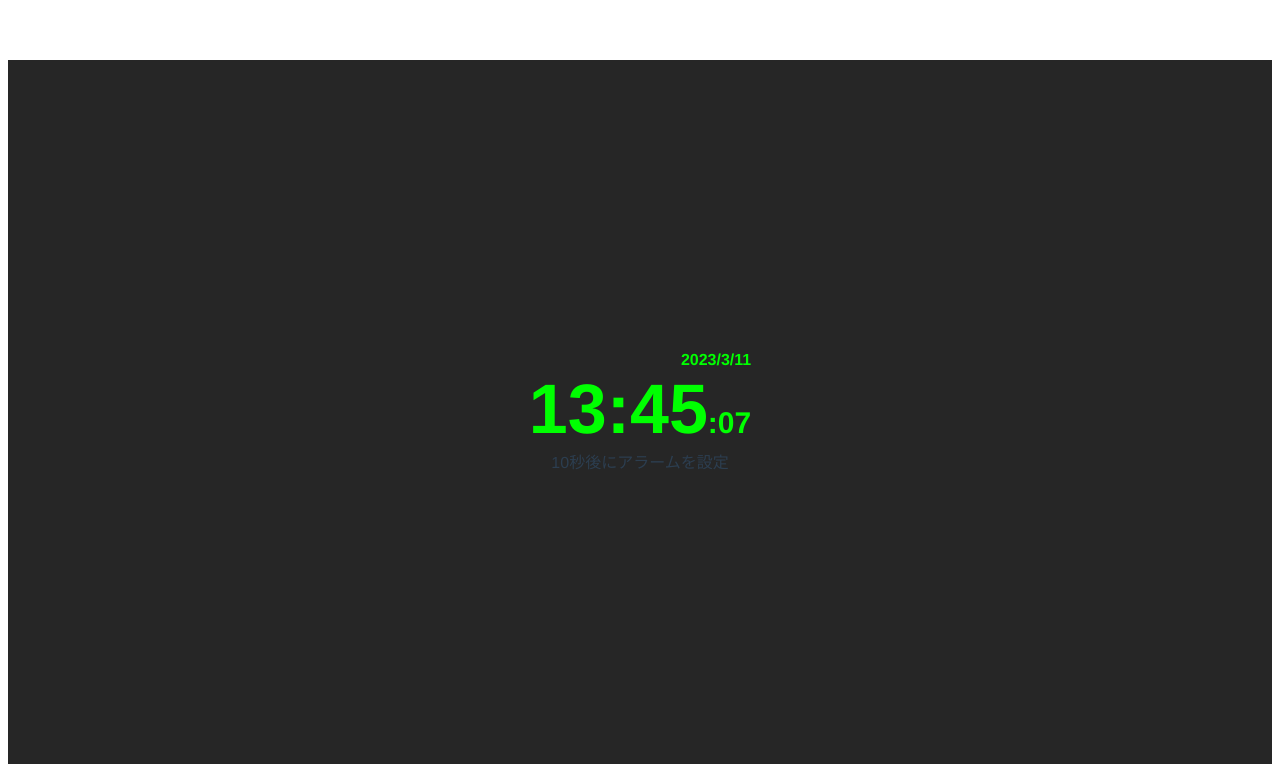
Repository: SaTtto-glitch/clock-app
Page: /
An editor plug-in stored every save of this project. The page is shown before and after a run of saves, followed by the edit.
The browser window is 1280 px wide. The pictures show the whole page.
The project was rebuilt for these pictures with package versions that can differ from the ones it lists, and the page was loaded fresh each time. Also part of the build but not shown: vue.config.js.

Above is the page before, as saved 2023-03-11 14:45:15.

### public/index.html
<html>
<head>
	<meta charset="UTF-8"/>
</head>
<body>
	<div id="app">
		<h1>{{ appName }}</h1>
	</div>
	<!-- JavaScript -->
	<script src="https://unpkg.com/vue@next" defer></script>
</body>
</html>

### src/App.vue
<template>
  <Clock />
</template>

<script>
import Clock from './components/ClockScreen.vue'

export default {
  name: 'App',
  components: {
    Clock
  }
}
</script>

<style>
#app {
  font-family: Avenir, Helvetica, Arial, sans-serif;
  -webkit-font-smoothing: antialiased;
  -moz-osx-font-smoothing: grayscale;
  text-align: center;
  color: #2c3e50;
  margin-top: 60px;
}
</style>

### src/components/ClockScreen.vue
<template>
  <div class="container">
    <div class="clock">
      <div class="date">
        <p>{{ year }}/{{ month }}/{{ day }}</p>
      </div>
      <div class="time">
        <p>
          {{ hours }}:{{ minutes }}<span class="seconds">:{{ seconds }}</span>
        </p>
      </div>
      <div class>
        <p>
            10秒後にアラームを設定
        </p>
      </div>
    </div>
  </div>
</template>

<script>
export default {
  name: "ClockScreen",
  data() {
    return {
      //現在の日時を保持
      date: new Date(),
    };
  },
  computed: {
    //年
    year() {
      return this.date.getFullYear();
    },
    //月
    month() {
      return this.date.getMonth() + 1;
    },
    // 日
    day() {
      return this.dateTimePadding(this.date.getDate());
    },
    // 時
    hours() {
      return this.dateTimePadding(this.date.getHours());
    },
    // 分
    minutes() {
      return this.dateTimePadding(this.date.getMinutes());
    },
    // 秒
    seconds() {
      return this.dateTimePadding(this.date.getSeconds());
    },
  },

  mounted() {
    //現在日時をセット
    this.setDate();
    //一秒ごとにsetDate()を実行
    setInterval(() => this.setDate(), 1000);
  },

  methods: {
    //日付を二桁に変換
    dateTimePadding(num) {
      return ("0" + num).slice(-2);
    },
    //現在日時をセット
    setDate() {
      this.date = new Date();
    },
  },
};
</script>

<!-- Add "scoped" attribute to limit CSS to this component only -->
<style scoped>
.container {
  height: 100%;
  display: flex;
  flex-flow: column;
  justify-content: center;
  align-items: center;
  background-color: #262626;
}
p {
  margin: 0px;
}
.date,
.time {
  font-weight: 700;
  color: #00ff01;
}
.date {
  font-size: 16px;
  text-align: right;
}
.time {
  font-size: 70px;
}
.seconds {
  font-size: 30px;
}
.button {
  border: 1px solid #fcfcfc;
  text-align: center;
  padding: 10px 0;
  color: #fcfcfc;
  cursor: pointer;
}
</style>

Loaded but not shown: src/main.js (common file)

After the next 5 saves:
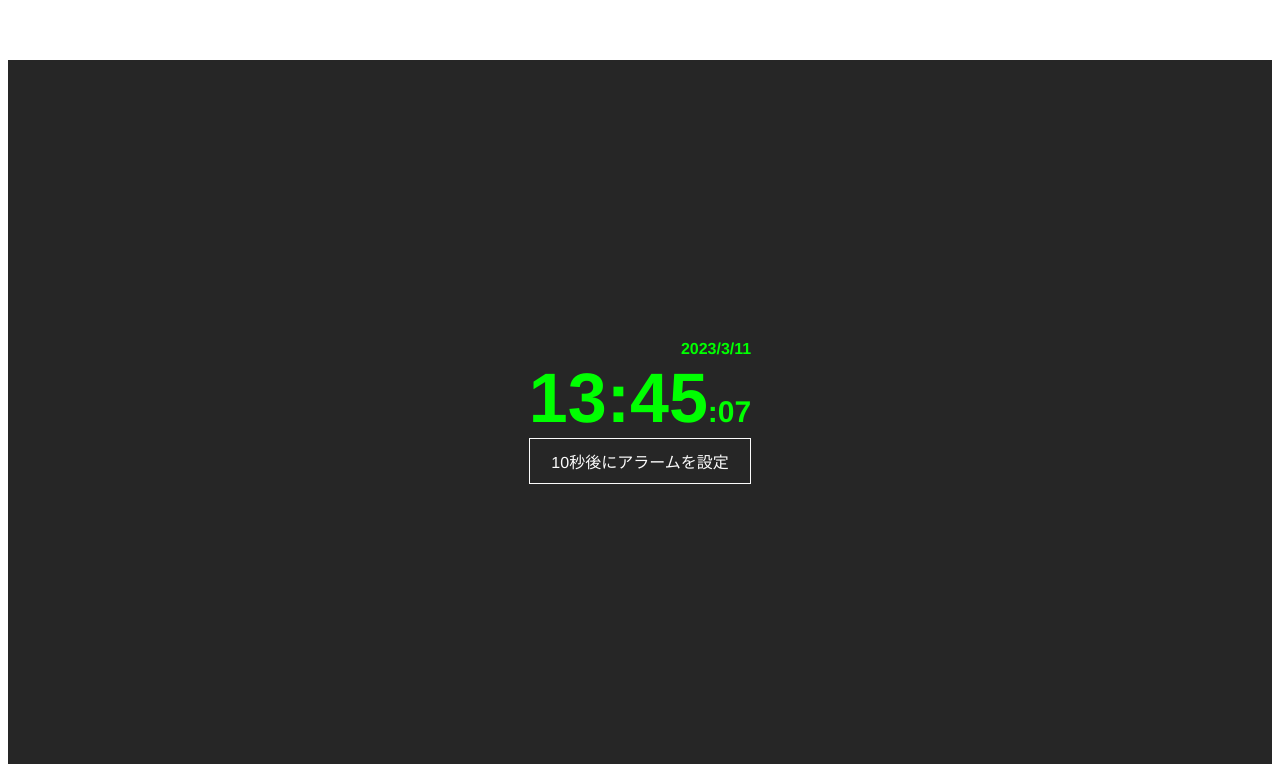
The 5 saves are shown as one change because they came seconds apart.
The last was saved 12 s later.
--- a/src/components/ClockScreen.vue
+++ b/src/components/ClockScreen.vue
@@ -9,7 +9,7 @@
           {{ hours }}:{{ minutes }}<span class="seconds">:{{ seconds }}</span>
         </p>
       </div>
-      <div class>
+      <div class="button">
         <p>
             10秒後にアラームを設定
         </p>
